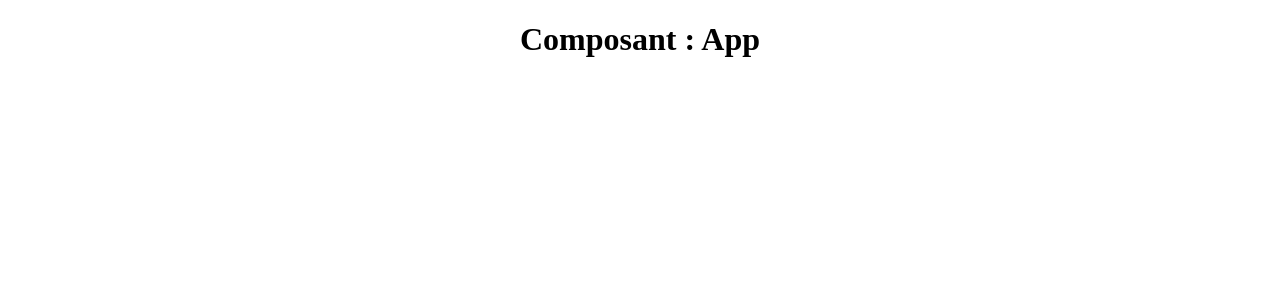
Repository: Emma-chaps/Shared-Organizer_Front
Page: /
An editor plug-in stored every save of this project. The page is shown before and after the next save, followed by the edit.
The browser window is 1280 px wide. The pictures show the whole page.
The project was rebuilt for these pictures with package versions that can differ from the ones it lists, and the page was loaded fresh each time.

Above is the page before, as saved 2021-04-12 15:13:50.

### src/components/App/index.js
// == Import npm
import React from 'react';
import NotFound from 'src/components/NotFound';

// == Import
import './styles.scss';

// == Composant
const App = () => (
  <div className="app">
    <h1>Composant : App</h1>
    < NotFound />
  </div>
);

// == Export
export default App;

### src/components/NotFound/index.js
import React from 'react';

// import Page from 'src/components/Page';


const Error = () => (
  <div

      title="Erreur"
      text="Nous sommes désolé, Une erreur s'est produite."
   >
</div>
);

export default Error;

Loaded but not shown: src/index.js (common file); src/components/App/styles.scss (common file)

After the next save:
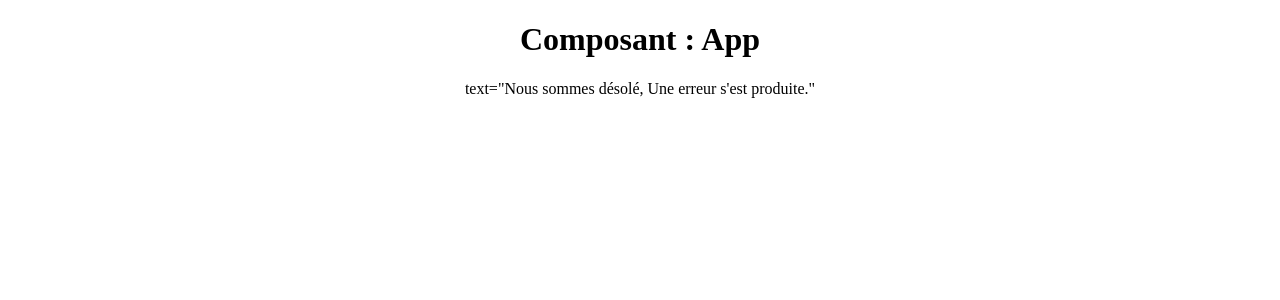
Saved 17 s later.
--- a/src/components/NotFound/index.js
+++ b/src/components/NotFound/index.js
@@ -6,9 +6,9 @@ import React from 'react';
 const Error = () => (
   <div
 
-      title="Erreur"
+      title="Erreur">
       text="Nous sommes désolé, Une erreur s'est produite."
-   >
+
 </div>
 );
 
